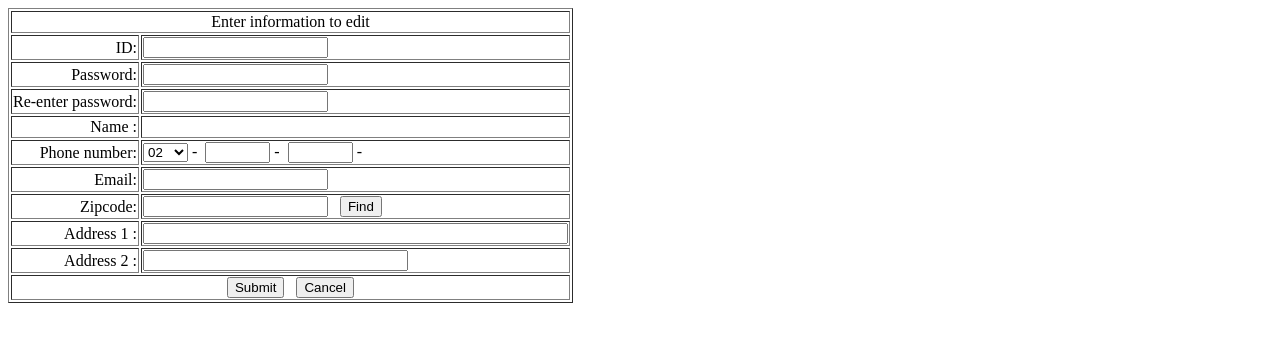
Repository: tomaters/servlets-JSP
Page: http://localhost/jsptest/mvcMem/modifyForm.jsp
These files come from the project's save history. The page is drawn as it stood at one moment and after the next save; the edit follows.
The browser window is 1280 px wide. The pictures show the whole page.
The page is served by Tomcat 10. Other server files are loaded and not shown.

Above is the page before, as saved 2023-12-11 06:06:24.

### jsptest/src/main/webapp/mvcMem/modifyForm.jsp
<%@ page language="java" contentType="text/html; charset=UTF-8"
    pageEncoding="UTF-8"%>
<html>
<head>
<meta charset="UTF-8">
<title>Modify information</title>
<link href="css/style.css" type="test/css" rel="stylesheet"/>
<script type="text/javascript" src="script.js"></script>
</head>
<body>
	<form method="post" action="member.mdo?cmd=modifyProc" name="regForm">
		<table border="1">
			<tr><td colspan="2" align="center">Enter information to edit</td></tr>
			<tr>
				<td align="right">ID: </td>
				<td><input type="text" name="id" value="${id}" />
				<c:out value="${id}"/></td>
			</tr>
			<tr>
				<td align="right"> Password: </td>
				<td><input type="password" name="pass" value="${pass}" />
				</td>
			</tr>
			<tr>
				<td align="right">Re-enter password: </td>
				<td><input type="password" name="repass" value="${pass}" />
				</td>
			</tr>
			<tr>
			<td align="right" >Name :</td>
				<td><input type="hidden" name="name" value="${name}"/>
				<c:out value="${name}"/></td></tr>
			<tr>
				<td align="right">Phone number: </td>
				<td><select name="phone1">
					<option value="02" ${phone1 eq '02' ? "selected='selected'" : 'null'}>02</option>
					<option value="010" ${phone1 eq '010' ? "selected='selected'" : 'null'}>010</option>
					<option value="031" ${phone1 eq '031' ? "selected='selected'" : 'null'}>031</option>
					<option value="032" ${phone1 eq '032' ? "selected='selected'" : 'null'}>032</option>
				</select>&nbsp;-&nbsp;
				<input type="text" name="phone2" size="5" value="${phone2}"/>&nbsp;-&nbsp;
				<input type="text" name="phone3" size="5" value="${phone3}"/>&nbsp;-&nbsp;
			</td></tr>
			<tr>
				<td align="right">Email: </td>
				<td><input type="text" name="email" value="${email}"/></td>
			</tr>
			<tr>
				<td align="right">Zipcode: </td>
				<td><input type="text" name="zipcode" size="20" value="${zipcode}" /> &nbsp;
				<input type="button" value="Find" onClick="zipCheck()"/></td>
			</tr>
			<tr>
				<td align="right" >Address 1 :</td>
				<td><input type="text" name="address1" size="50" value="${address1}"/></td></tr>
 			<tr>
				<td align="right" >Address 2 :</td>
				<td><input type="text" name="address2" size="30" value="${address2}"/></td>
			</tr>
 			<tr>
				<td colspan="2" align="center" >
				<input type="button" value="Submit" onClick="inputCheck()"/>&nbsp;&nbsp;
				<input type="button" value="Cancel" onclick="javascript:window.location='member.mdo?cmd=login'"/>
			</td></tr>
		</table>
	</form>
</body>
</html>

### jsptest/src/main/webapp/mvcMem/script.js
function idCheck(id) {
	if (id == "") {
		alert("Enter ID.");
		document.regForm.id.focus();
	} else {
		url = "member.mdo?cmd=idCheck&id=" + id;
		window.open(url, "post", "width=300,height=150");
	}
}

function zipCheck() {
	url = "member.mdo?cmd=zipCheck&check=y";
	window.open(url, "post", "toolbar=no, width=500, height=300, directories = no, status = yes, scrollbars = yes, menubar = no");
}

function inputCheck() {
	var theForm = document.regForm;
	if (!theForm.id.value) {
		alert("Enter ID");
		theForm.id.focus();
		return;
	}
	if (!theForm.pass.value) {
		alert("Enter password");
		theForm.pass.focus();
		return;
	}
	if (!theForm.repass.value) {
		alert("Check password");
		theForm.repass.focus();
		return;
	}
	if (theForm.repass.value != theForm.pass.value) {
		alert("Passwords do not match");
		theForm.repass.focus();
		return;
	}
	if (!theForm.name.value) {
		alert("Enter name");
		theForm.name.focus();
		return;
	}
	if (!theForm.phone1.value) {
		alert("Enter first digits of phone");
		theForm.phone1.focus();
		return;
	}
	if (!theForm.phone2.value) {
		alert("Enter middle digits of phone");
		theForm.phone2.focus();
		return;
	}
	if (!theForm.phone3.value) {
		alert("Enter last digits of phone");
		theForm.phone3.focus();
		return;
	}
	if (!theForm.email.value) {
		alert("Enter email address");
		theForm.email.focus();
		return;
	}
	var regExp = /^[0-9a-zA-Z]([-_.]?[0-9a-zA-Z])*@[0-9a-zA-Z]([-_.]?[0-9a-zA-Z])*.[a-zA-Z]{2,3}$/i;
	if (!regExp.test(theForm.email.value)) {
		alert("Check email address");
		theForm.email.focus();
		return;
	}
	if (!theForm.zipcode.value) {
		alert("Enter zipcode");
		theForm.zipcode.focus();
		return;
	}
	if (!theForm.address1.value) {
		alert("Enter address 1");
		theForm.address1.focus();
		return;
	}
	if (!theForm.address2.value) {
		alert("Enter address 2");
		theForm.address2.focus();
		return;
	}
	theForm.submit();
}

After the next save:
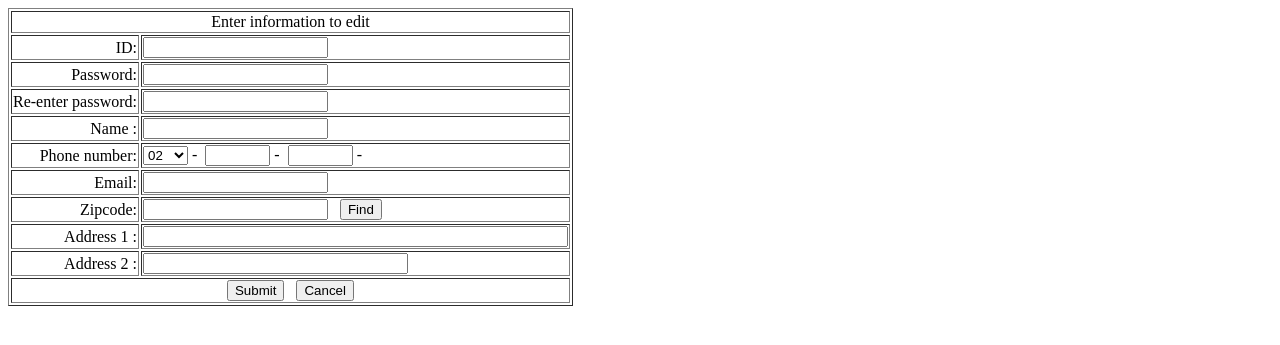
Saved 3 min 40 s later.
--- a/jsptest/src/main/webapp/mvcMem/modifyForm.jsp
+++ b/jsptest/src/main/webapp/mvcMem/modifyForm.jsp
@@ -28,7 +28,7 @@
 			</tr>
 			<tr>
 			<td align="right" >Name :</td>
-				<td><input type="hidden" name="name" value="${name}"/>
+				<td><input type="text" name="name" value="${name}"/>
 				<c:out value="${name}"/></td></tr>
 			<tr>
 				<td align="right">Phone number: </td>
